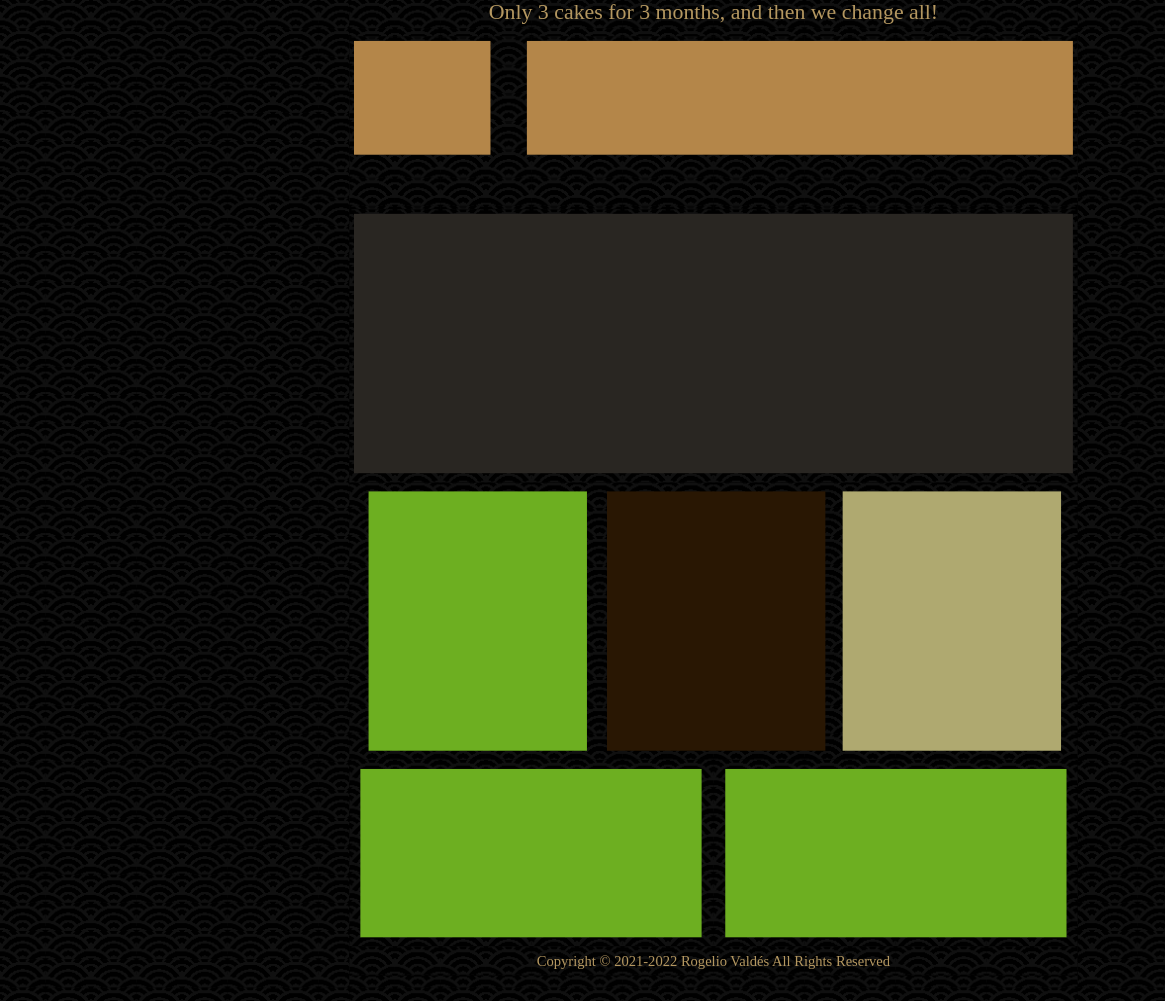
Repository: roge64/htmlfrontend
Page: index.html
These files come from the project's save history. The page is drawn as it stood at one moment and after the next save; the edit follows.
The browser window is 1280 px wide. The pictures show the whole page, at 91% of full size.

Above is the page before, as saved 2022-03-03 10:11:57.

After the next save:
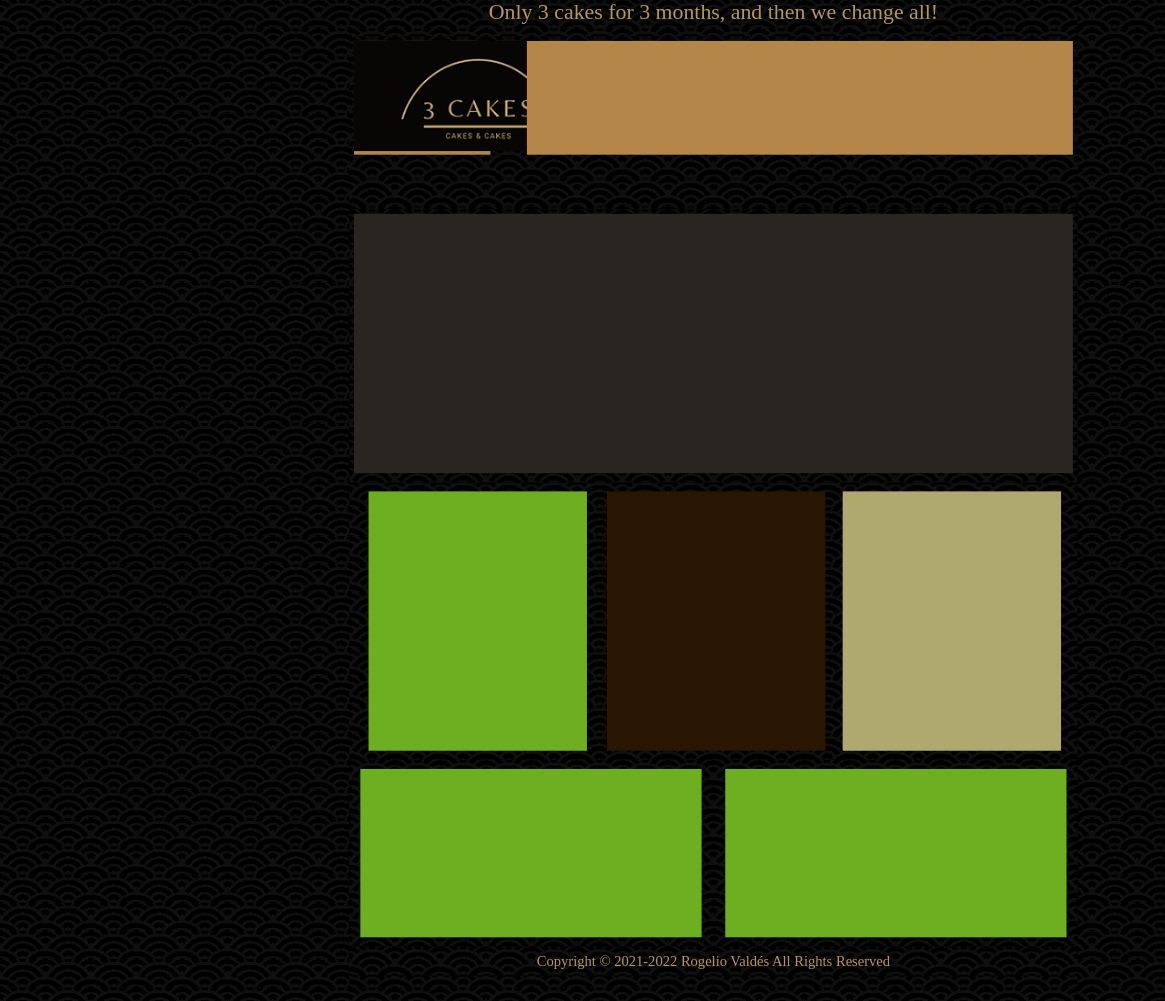
Saved 72 min 52 s later.
--- a/index.html
+++ b/index.html
@@ -21,7 +21,7 @@
 
             <!-- <h1> <a href="index.html"><img src="/img/logob.png" alt="logo.png"></a> </h1> -->
             <!-- <article> <a href="index.html"><img src="/img/logob.png" alt="logo.png"></a> </article> -->
-            <article id="banner1"></article>
+            <article id="banner1"  <a href="index.html"><img src="/img/logob.png" alt="logo.png"></a>></article>
             <article id="banner2"></article>
 
         </section>

After the save that followed:
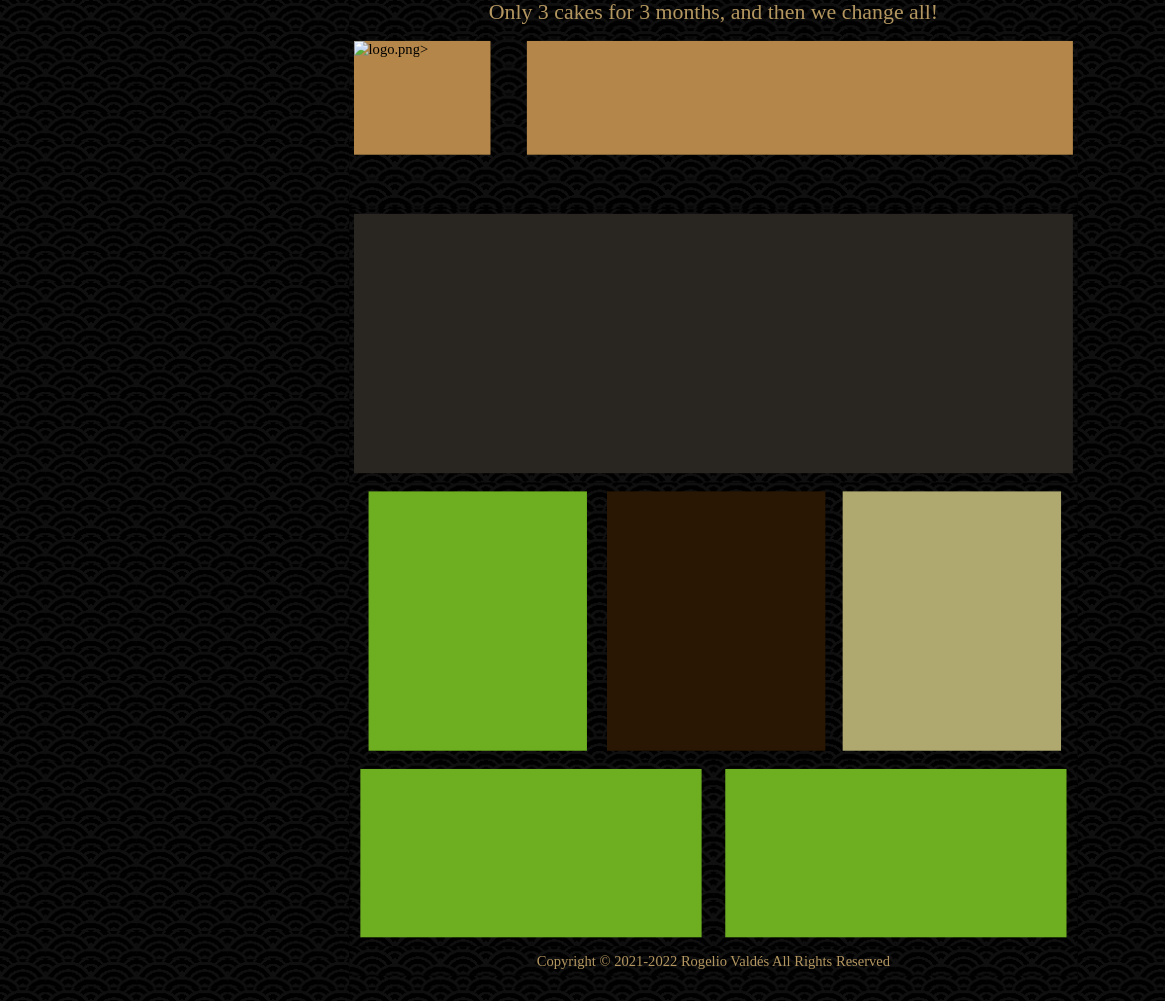
Not found: img/3cakes.png
Saved 8 min 39 s later.
--- a/index.html
+++ b/index.html
@@ -21,7 +21,7 @@
 
             <!-- <h1> <a href="index.html"><img src="/img/logob.png" alt="logo.png"></a> </h1> -->
             <!-- <article> <a href="index.html"><img src="/img/logob.png" alt="logo.png"></a> </article> -->
-            <article id="banner1"  <a href="index.html"><img src="/img/logob.png" alt="logo.png"></a>></article>
+            <article id="banner1"  <a href="index.html"><img src="/img/3cakes.png" alt="logo.png"></a>></article>
             <article id="banner2"></article>
 
         </section>
